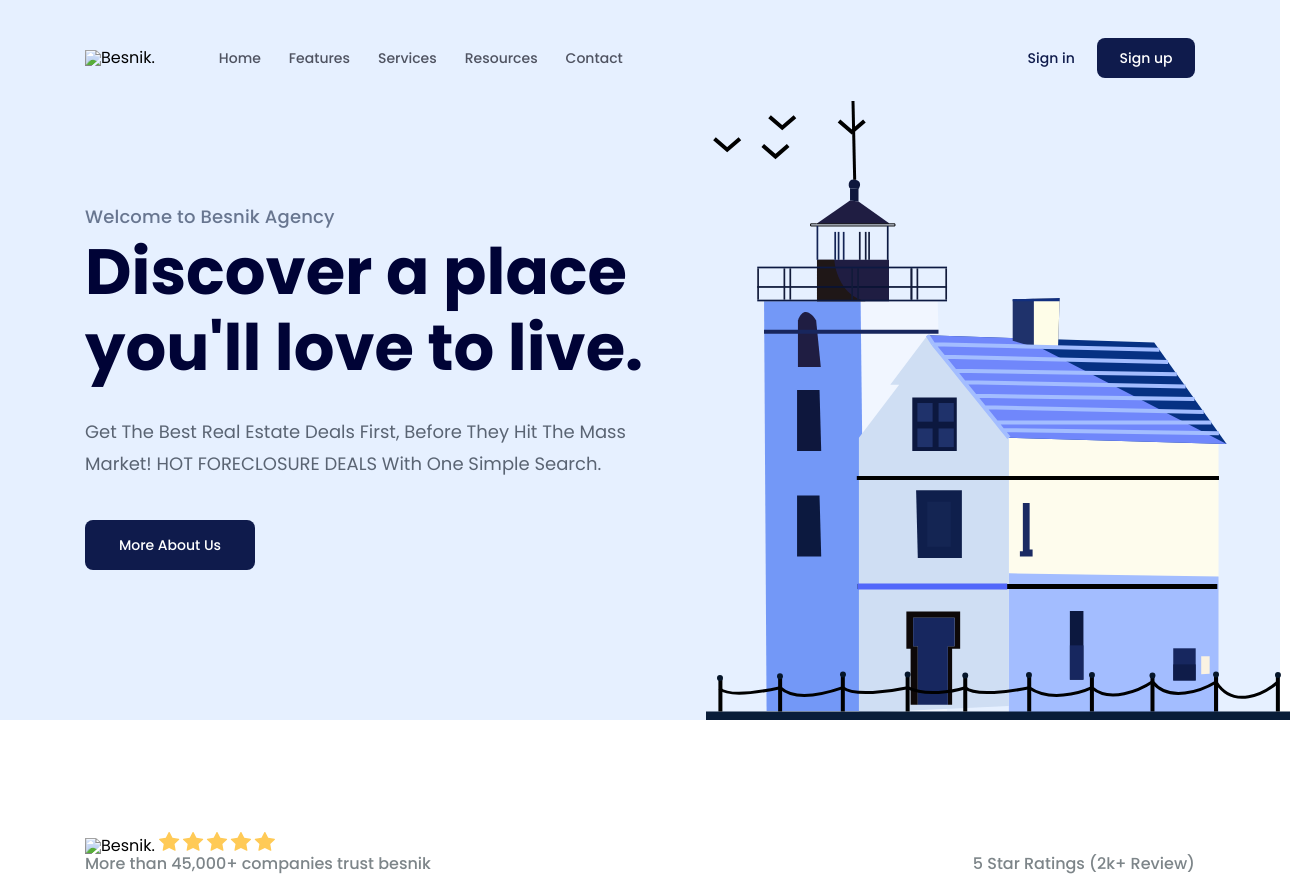
Repository: Phu2992/htmlcss-f8-01
Page: index.html
These files come from the project's save history. The page is drawn as it stood at one moment and after the next save; the edit follows.
The browser window is 1280 px wide. The page is 1290 px wide, so the pictures cover 1290 px, including what lies to the right of the window. The pictures show the whole page.

Above is the page before, as saved 2024-09-26 21:34:00.

### index.html
<!DOCTYPE html>
<html lang="en">
    <head>
        <meta charset="UTF-8" />
        <meta name="viewport" content="width=device-width, initial-scale=1.0" />
        <link rel="stylesheet" href="./assets/css/reset.css" />
        <link rel="preconnect" href="https://fonts.googleapis.com" />
        <link rel="preconnect" href="https://fonts.gstatic.com" crossorigin />
        <link
            href="https://fonts.googleapis.com/css2?family=Poppins:ital,wght@0,100;0,200;0,300;0,400;0,500;0,600;0,700;0,800;0,900;1,100;1,200;1,300;1,400;1,500;1,600;1,700;1,800;1,900&display=swap"
            rel="stylesheet"
        />
        <!-- <link rel="stylesheet" href="./assets/fonts/stylesheet.css" /> -->
        <link rel="stylesheet" href="./assets/css/styles.css" />
        <title>F8-Project-1</title>
    </head>
    <body>
        <main>
            <!-- Header -->
            <header class="header">
                <div class="content">
                    <!-- navigation-bar -->
                    <nav class="navbar">
                        <img src="./assets/img/logo.svg" alt="Besnik." />
                        <ul>
                            <li><a href="#!">Home</a></li>
                            <li><a href="#!">Features</a></li>
                            <li><a href="#!">Services</a></li>
                            <li><a href="#!">Resources</a></li>
                            <li><a href="#!">Contact</a></li>
                        </ul>
                        <div class="action">
                            <a href="#!" class="action-link">Sign in</a>
                            <a href="#!" class="btn">Sign up</a>
                        </div>
                    </nav>
                    <!-- Hero -->
                    <div class="hero">
                        <!-- hero-info -->
                        <div class="info">
                            <p class="sub-title">Welcome to Besnik Agency</p>
                            <h1 class="title">
                                Discover a place you'll love to live.
                            </h1>
                            <p class="desc">
                                get the best real estate deals first, before
                                they hit the mass market! HOT FORECLOSURE DEALS
                                with one simple search.
                            </p>
                            <a href="" class="btn">More About Us</a>
                        </div>
                        <!-- hero-image -->
                        <img
                            class="hero-img"
                            src="./assets/img/hero-img.svg"
                            alt=" Discover a place you'll love to live."
                        />
                    </div>
                </div>
            </header>
            <!-- ==========Clients=========== -->
            <div class="clients">
                <div class="content">
                    <div class="row-client logo-row">
                        <img
                            src="./assets/img/logo.svg"
                            alt="Besnik."
                            class="logo-img"
                        />
                        <img
                            src="./assets/img/star.svg"
                            alt="Star"
                            class="star-img"
                        />
                    </div>
                    <div class="row-clients decs-row">
                        <p class="">More than 45,000+ companies trust besnik</p>
                        <p>5 Star Ratings (2k+ Review)</p>
                    </div>
                    <div class="client-logo"></div>
                </div>
            </div>
        </main>
    </body>
</html>

### assets/css/styles.css
* {
    box-sizing: border-box;
}

:root {
    --primari-color: #0f1b4c;
}

html {
    font-size: 62.5%;
}

body {
    font-size: 1.6rem;
    font-family: "Poppins", sans-serif;
}

/* common */
.content {
    width: 1110px;
    max-width: calc(100% - 48px);
    margin-left: auto;
    margin-right: auto;
}

a {
    text-decoration: none;
}

.header {
    background-color: #e6f0ff;
    height: 100vh;
    position: relative;
}

.btn {
    display: inline-block;
    padding: 18px 16px;
    min-width: 98px;
    border-radius: 8px;
    background: var(--primari-color);
    color: #ffffff;
    text-align: center;
    font-size: 1.4rem;
    font-weight: 500;
}

.btn:hover {
    opacity: 0.9;
}

/* Header-Navigation */
.navbar {
    display: flex;
    align-items: center;
    padding-top: 38px;
}

.navbar ul {
    display: flex;
    margin-left: 50px;
}

.navbar ul a {
    color: #4f5361;
    font-size: 1.4rem;
    font-weight: 500;
    padding: 8px 14px;
}

.navbar ul a:hover {
    text-decoration: underline;
}

.navbar .action {
    margin-left: auto;
}

.navbar .action-link {
    color: var(--primari-color);
    font-size: 1.4rem;
    font-weight: 500;
}

.navbar .action .btn {
    padding: 13px 16px;
    margin-left: 18px;
}

/* Header-Hero */
.hero {
    margin-top: 130px;
}

.hero .info {
    width: 50.3%;
}
.hero .sub-title {
    color: #687690;
    font-size: 1.8rem;
    font-weight: 500;
    letter-spacing: 0.01em;
}

.hero .title {
    margin-top: 8px;
    color: #000336;
    font-size: 6.4rem;
    font-style: normal;
    font-weight: 700;
    line-height: 1.1875;
}

.hero .desc {
    margin-top: 30px;
    color: #5a6473;
    font-size: 1.8rem;
    font-style: normal;
    font-weight: 400;
    line-height: 1.77778;
    text-transform: capitalize;
}

.hero .btn {
    margin-top: 40px;
    min-width: 170px;
}

.hero .hero-img {
    position: absolute;
    bottom: 0;
    right: calc((100vw - 1100px) / 2 - 100px);
}

/* ===============Client============== */
.clients {
    margin-top: 112px;
}

.clients .row-clients {
    display: flex;
    justify-content: space-between;
    align-items: center;
}

.clients .row-clients p {
    color: #7d8589;
    font-size: 1.6rem;
    font-weight: 500;
    line-height: 1.25;
}

.clients .row-clients .decs-row {
    margin-top: 28px;
}

Loaded but not shown: assets/css/reset.css (common file)

After the next save:
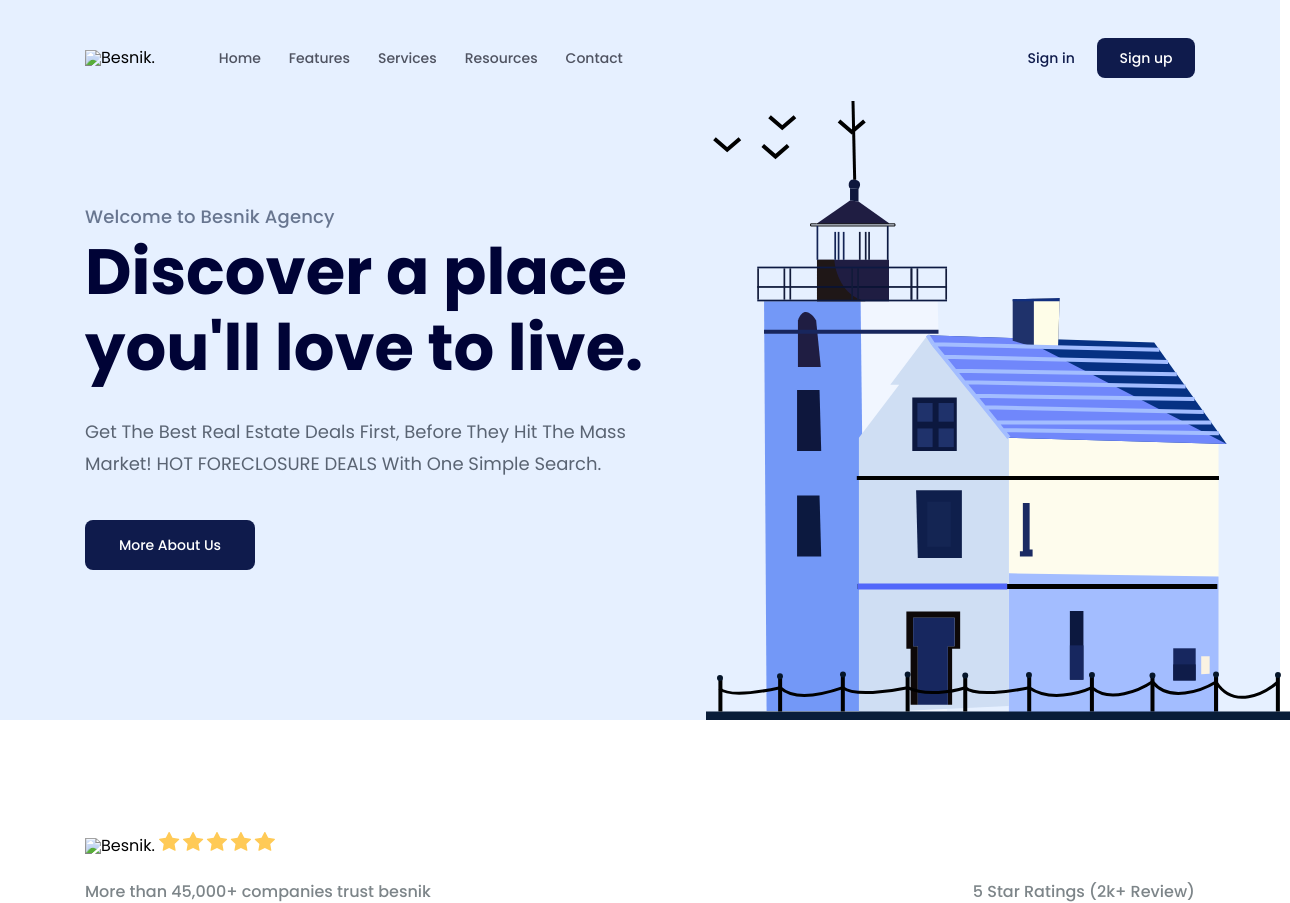
Saved 101 s later.
--- a/assets/css/styles.css
+++ b/assets/css/styles.css
@@ -150,6 +150,6 @@
     line-height: 1.25;
 }
 
-.clients .row-clients .decs-row {
+.clients .decs-row {
     margin-top: 28px;
 }
